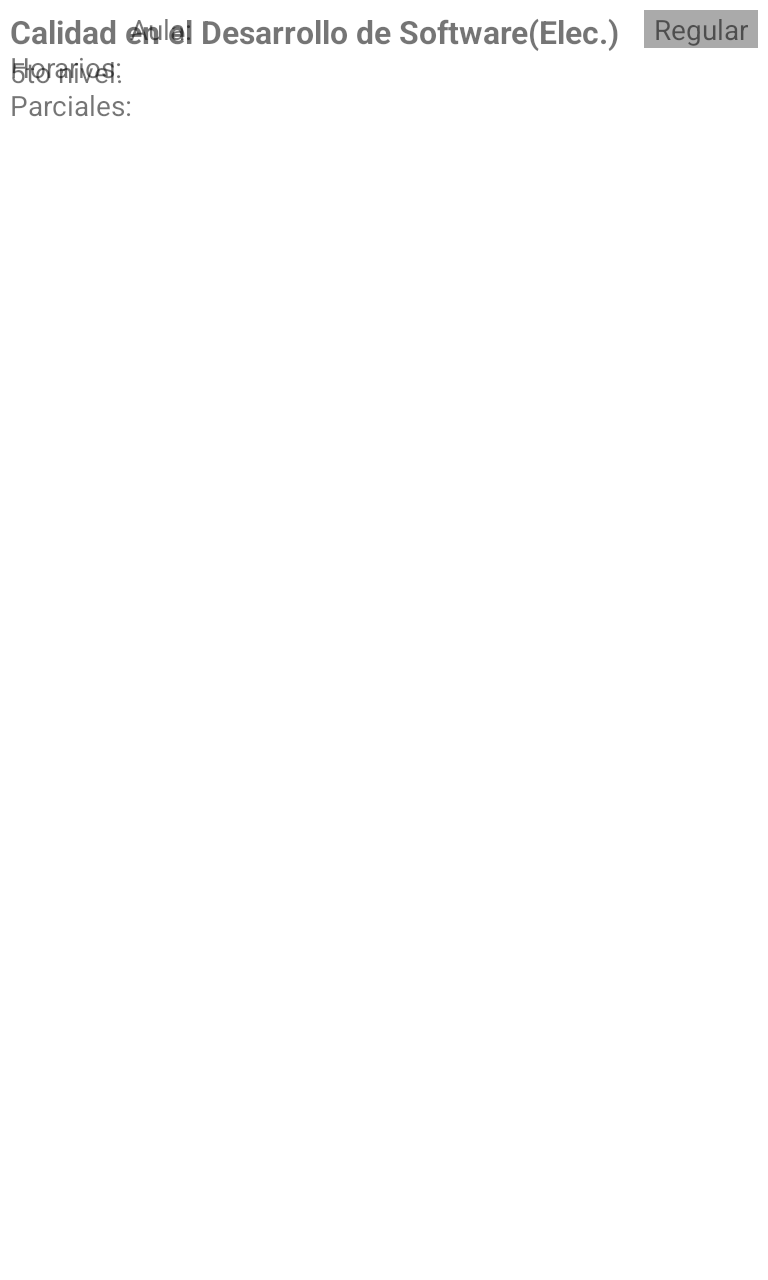
Repository: juanpablobono/Sysacadalumnos
Layout: Sysacad/res/layout/lst_cursado_item.xml
The author's editor kept a copy of each file at every save. The layout is drawn from the files as they stood at one save, then again after the next save.
It is drawn on a 768 x 1280 px phone screen (xhdpi) without system bars, with theme temaSysacad; the app's code is not run.

Above is the layout before, as saved 2014-07-07 12:55:34.

### Sysacad/res/layout/lst_cursado_item.xml
<?xml version="1.0" encoding="utf-8"?>
<RelativeLayout xmlns:android="http://schemas.android.com/apk/res/android"
    android:layout_width="match_parent"
    android:layout_height="match_parent"
    android:background="@android:color/background_light"
    android:padding="5dp">

    <TextView
        android:id="@+id/lblNombreMateria"
        android:layout_width="wrap_content"
        android:layout_height="wrap_content"
        android:layout_alignParentLeft="true"
        android:layout_alignParentTop="true"
        android:text="Calidad en el Desarrollo de Software(Elec.)"
        android:layout_toLeftOf="@+id/lblCondicion"
        android:layout_marginRight="5dp"
        android:textSize="16sp"
        android:textStyle="bold"
        android:maxLines="1"/>

    <TextView
        android:id="@+id/lblCondicion"
        android:layout_width="wrap_content"
        android:layout_height="wrap_content"
        android:layout_alignParentRight="true"
        android:layout_alignParentTop="true"
        android:background="@android:color/darker_gray"
        android:text="Regular"
        android:paddingLeft="5dp"
        android:paddingRight="5dp"/>

    <TextView
        android:id="@+id/lblNivel"
        android:layout_width="wrap_content"
        android:layout_height="wrap_content"
        android:layout_alignParentLeft="true"
        android:layout_below="@+id/lblNombreMateria"
        android:text="5to nivel. " />

    <TextView
        android:id="@+id/lblForAula"
        android:layout_width="wrap_content"
        android:layout_height="wrap_content"
        android:layout_toRightOf="@+id/lblNivel"
        android:text="Aula: " />

    <TextView
        android:id="@+id/lblAula"
        android:layout_width="wrap_content"
        android:layout_height="wrap_content"
        android:layout_alignBottom="@+id/lblForAula"
        android:layout_alignLeft="@+id/lblNivel"
        android:text="" />

    <TextView
        android:id="@+id/lblForHorarios"
        android:layout_width="wrap_content"
        android:layout_height="wrap_content"
        android:layout_alignParentLeft="true"
        android:layout_below="@+id/lblForAula"
        android:text="Horarios: " />

    <TextView
        android:id="@+id/lblForParciales"
        android:layout_width="wrap_content"
        android:layout_height="wrap_content"
        android:layout_alignParentLeft="true"
        android:layout_below="@+id/lblForHorarios"
        android:text="Parciales: " />

    <TextView
        android:id="@+id/lblHorarios"
        android:layout_width="wrap_content"
        android:layout_height="wrap_content"
        android:layout_alignBaseline="@+id/lblForHorarios"
        android:layout_alignBottom="@+id/lblForHorarios"
        android:layout_toRightOf="@+id/lblForHorarios"
        android:text="" />

    <TextView
        android:id="@+id/lblParciales"
        android:layout_width="wrap_content"
        android:layout_height="wrap_content"
        android:layout_alignBaseline="@+id/lblForParciales"
        android:layout_alignBottom="@+id/lblForParciales"
        android:layout_alignLeft="@+id/lblHorarios"
        android:text="" />

</RelativeLayout>

### Sysacad/res/values/styles.xml
<resources xmlns:android="http://schemas.android.com/apk/res/android">

    <!--
        Base application theme, dependent on API level. This theme is replaced
        by AppBaseTheme from res/values-vXX/styles.xml on newer devices.

         <item name="android:background">@color/background_activities</item>
    -->

    <!-- the theme applied to the application or activity -->

    <style name="temaSysacad" parent="@style/Theme.AppCompat.Light.DarkActionBar">

    </style>

</resources>

After the next save:
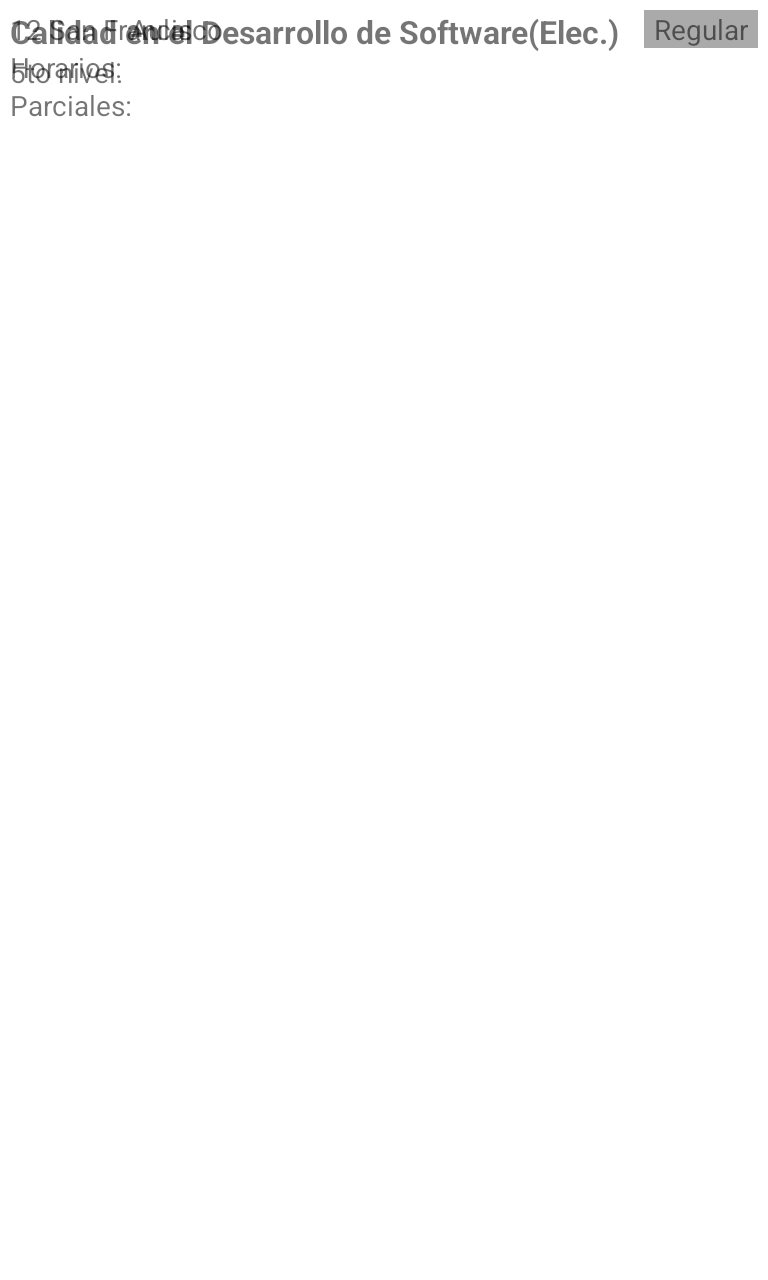
Saved 30 s later.
--- a/Sysacad/res/layout/lst_cursado_item.xml
+++ b/Sysacad/res/layout/lst_cursado_item.xml
@@ -50,7 +50,7 @@
         android:layout_height="wrap_content"
         android:layout_alignBottom="@+id/lblForAula"
         android:layout_alignLeft="@+id/lblNivel"
-        android:text="" />
+        android:text="12 San Francisco" />
 
     <TextView
         android:id="@+id/lblForHorarios"
